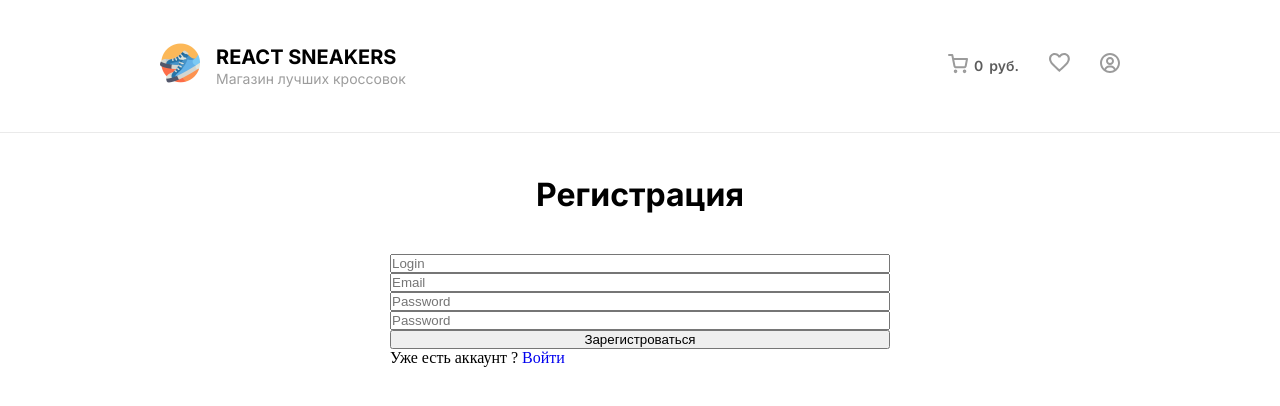
Repository: maxbirimkulov/sneakers20
Page: src/pages/register.html
An editor plug-in stored every save of this project. The page is shown before and after the next save, followed by the edit.
The browser window is 1280 px wide. The pictures show the whole page.
The style sheet was rebuilt from its Sass, Less or Tailwind sources for each picture, by a compiler version that may differ from the author's.

Above is the page before, as saved 2022-11-12 20:48:19.

### src/pages/register.html
<!DOCTYPE html>
<html lang="en">
  <head>
    <meta charset="UTF-8" />
    <meta
      name="viewport"
      content="width=device-width, user-scalable=no, initial-scale=1.0, maximum-scale=1.0, minimum-scale=1.0"
    />
    <meta http-equiv="X-UA-Compatible" content="ie=edge" />
    <title>Document</title>
    <link rel="stylesheet" href="../css/style.css" />
  </head>
  <body>
    <div class="floor">
      <header class="header">
        <div class="container">
          <nav class="header__nav">
            <div class="header__logo">
              <img
                src="../images/mainLogo.png"
                alt="Logo"
                class="header__logo-img"
              />
              <div class="header__logo-text">
                <h1 class="header__logo-title">
                  <a href="../../index.html" class="header__logo-title-link"
                    >react sneakers</a
                  >
                </h1>
                <p class="header__logo-subtitle">
                  <a href="../../index.html" class="header__logo-subtitle"
                    >Магазин лучших кроссовок</a
                  >
                </p>
              </div>
            </div>
            <div class="header__links">
              <p class="header__links-basket">
                <span class="header__links-basket-logo"
                  ><svg
                    width="20"
                    height="20"
                    viewBox="0 0 20 20"
                    fill="none"
                    xmlns="http://www.w3.org/2000/svg"
                  >
                    <path
                      d="M7.54548 18.1818C7.99735 18.1818 8.36366 17.8155 8.36366 17.3636C8.36366 16.9118 7.99735 16.5455 7.54548 16.5455C7.09361 16.5455 6.72729 16.9118 6.72729 17.3636C6.72729 17.8155 7.09361 18.1818 7.54548 18.1818Z"
                      stroke="#9B9B9B"
                      stroke-width="2"
                      stroke-linecap="round"
                      stroke-linejoin="round"
                    />
                    <path
                      d="M16.5455 18.1818C16.9973 18.1818 17.3637 17.8155 17.3637 17.3636C17.3637 16.9118 16.9973 16.5455 16.5455 16.5455C16.0936 16.5455 15.7273 16.9118 15.7273 17.3636C15.7273 17.8155 16.0936 18.1818 16.5455 18.1818Z"
                      stroke="#9B9B9B"
                      stroke-width="2"
                      stroke-linecap="round"
                      stroke-linejoin="round"
                    />
                    <path
                      d="M1 1H4.27273L6.46545 11.9555C6.54027 12.3321 6.7452 12.6705 7.04436 12.9113C7.34351 13.1522 7.71784 13.2801 8.10182 13.2727H16.0545C16.4385 13.2801 16.8129 13.1522 17.112 12.9113C17.4112 12.6705 17.6161 12.3321 17.6909 11.9555L19 5.09091H5.09091"
                      stroke="#9B9B9B"
                      stroke-width="2"
                      stroke-linecap="round"
                      stroke-linejoin="round"
                    />
                  </svg>
                </span>
                <span class="total">0</span> руб.
              </p>
              <a href="./favorites.html" class="header__links-favorites"
                ><span class="header__links-favorites-logo"
                  ><svg
                    width="21"
                    height="19"
                    viewBox="0 0 21 19"
                    fill="none"
                    xmlns="http://www.w3.org/2000/svg"
                  >
                    <path
                      d="M15.1003 0C16.7293 0 18.0976 0.54932 19.2052 1.64796C20.3129 2.7466 20.8668 4.08759 20.8668 5.67092C20.8668 6.44643 20.7039 7.23002 20.3781 8.02169C20.0523 8.81335 19.6939 9.51616 19.303 10.1301C18.912 10.744 18.2523 11.5357 17.3238 12.5051C16.3953 13.4745 15.6134 14.2581 14.9781 14.8559C14.3428 15.4537 13.3248 16.3665 11.9239 17.5944L10.4089 18.9515L8.89403 17.6429C7.52572 16.3827 6.51577 15.4537 5.8642 14.8559C5.21262 14.2581 4.42258 13.4745 3.49408 12.5051C2.56559 11.5357 1.90586 10.744 1.51492 10.1301C1.12397 9.51616 0.773748 8.81335 0.464249 8.02169C0.15475 7.23002 0 6.44643 0 5.67092C0 4.08759 0.553841 2.7466 1.66152 1.64796C2.7692 0.54932 4.12123 0 5.71759 0C7.60717 0 9.17095 0.727041 10.4089 2.18112C11.6469 0.727041 13.2107 0 15.1003 0ZM10.5067 16.0918C12.1031 14.6701 13.2677 13.6118 14.0008 12.9171C14.7338 12.2224 15.5401 11.3903 16.4198 10.4209C17.2994 9.45153 17.9102 8.60332 18.2523 7.87628C18.5944 7.14924 18.7654 6.41412 18.7654 5.67092C18.7654 4.63691 18.4152 3.78061 17.7148 3.10204C17.0143 2.42347 16.1428 2.08418 15.1003 2.08418C14.3184 2.08418 13.5772 2.31037 12.8768 2.76276C12.1764 3.21514 11.6795 3.79677 11.3863 4.50765H9.43158C9.17095 3.79677 8.69041 3.21514 7.98997 2.76276C7.28952 2.31037 6.53206 2.08418 5.71759 2.08418C4.67507 2.08418 3.81173 2.42347 3.12757 3.10204C2.44342 3.78061 2.10134 4.63691 2.10134 5.67092C2.10134 6.41412 2.26423 7.14924 2.59002 7.87628C2.91581 8.60332 3.52666 9.45153 4.42258 10.4209C5.3185 11.3903 6.13297 12.2224 6.866 12.9171C7.59902 13.6118 8.74743 14.6701 10.3112 16.0918L10.4089 16.1888L10.5067 16.0918Z"
                      fill="#9B9B9B"
                    />
                  </svg> </span
              ></a>
              <a href="./register.html" class="header__links-user"
                ><span class="header__links-user-logo"
                  ><svg
                    width="20"
                    height="20"
                    viewBox="0 0 20 20"
                    fill="none"
                    xmlns="http://www.w3.org/2000/svg"
                  >
                    <path
                      fill-rule="evenodd"
                      clip-rule="evenodd"
                      d="M0 10C0 4.579 4.579 0 10 0C15.421 0 20 4.579 20 10C20 13.19 18.408 16.078 16 17.924V18H15.898C14.23 19.245 12.187 20 10 20C7.813 20 5.77 19.245 4.102 18H4V17.924C1.592 16.078 0 13.189 0 10ZM7.12347 15.236C6.59154 15.6639 6.22136 16.2604 6.074 16.927C7.242 17.604 8.584 18 10 18C11.416 18 12.758 17.604 13.926 16.927C13.7785 16.2605 13.4082 15.6641 12.8764 15.2362C12.3445 14.8083 11.6827 14.5744 11 14.573H9C8.3173 14.5742 7.6554 14.808 7.12347 15.236ZM13.7677 13.4117C14.5877 13.9574 15.2286 14.7329 15.61 15.641C17.077 14.182 18 12.176 18 10C18 5.663 14.337 2 10 2C5.663 2 2 5.663 2 10C2 12.176 2.923 14.182 4.39 15.641C4.77144 14.7329 5.41227 13.9574 6.23227 13.4117C7.05227 12.866 8.01501 12.5742 9 12.573H11C11.985 12.5742 12.9477 12.866 13.7677 13.4117ZM6 8C6 5.72 7.72 4 10 4C12.28 4 14 5.72 14 8C14 10.28 12.28 12 10 12C7.72 12 6 10.28 6 8ZM8 8C8 9.178 8.822 10 10 10C11.178 10 12 9.178 12 8C12 6.822 11.178 6 10 6C8.822 6 8 6.822 8 8Z"
                      fill="#9B9B9B"
                    />
                  </svg> </span
              ></a>
            </div>
          </nav>
        </div>
      </header>
      <div class="container">
        <div class="register">
          <h2 class="register__title">Регистрация</h2>
          <form class="register__form">
            <input class="register__input" type="text" placeholder="Login" />
            <input class="register__input" type="email" placeholder="Email" />
            <input
              class="register__input"
              type="password"
              placeholder="Password"
            />
            <input
              class="register__input"
              type="password"
              placeholder="Password"
            />
            <button type="submit" class="register__btn">
              Зарегистроваться
            </button>
            <span>Уже есть аккаунт ? <a href="./login.html">Войти</a></span>
          </form>
        </div>
      </div>
    </div>
    <script type="module" src="../js/register.js"></script>
  </body>
</html>

### src/js/register.js
import {changeUser, getUserFromLocalStorage} from './user.js'

getUserFromLocalStorage()


let formRegister = document.querySelector('.register')
formRegister.addEventListener('submit', (e) =>{
    e.preventDefault()

    let userData = {
        login:e.target[0].value,
        email:e.target[1].value,
        password:e.target[2].value
    }

    fetch('http://localhost:8080/register', {
        method: "POST",
        headers: {
            'Content-Type':  'application/json'
        },
        body: JSON.stringify(userData)
    }).then((res) => res.json())
        .then((res) => {
            changeUser({
                ...res.user,
                token: res.accessToken
            })
        })
        .catch((err) => console.log(err))

})

### src/js/user.js



export let user = {
    login : "",
    email : ""
}

export const getUserFromLocalStorage = () => {
    if (localStorage.getItem('user') !== null){
        user = JSON.parse(localStorage.getItem('user'))
    }
}


export const changeUser = (data) => {
    user = {...data}
    localStorage.setItem('user', JSON.stringify(user))
    location.href = 'http://localhost:63342/new%20project/index.html'
}

### src/css/style.scss
@import url('https://fonts.googleapis.com/css2?family=DM+Sans:wght@700&family=Inter:wght@400;500;600;700&display=swap');

* {
  margin: 0;
  padding: 0;
  box-sizing: border-box;
  text-decoration: none;
  list-style-type: none;
  transition: 0.3s;
}
.container {
  max-width: 1050px;
  padding: 0 45px;
  margin: 0 auto;
}
$int: 'inter', sans-serif;

@mixin text($ff, $fs, $fw, $fz, $lh, $col) {
  font-family: $ff;
  font-style: $fs;
  font-weight: $fw;
  font-size: $fz;
  @if $lh > 0 {
    line-height: $lh;
  }
  color: $col;
}
body,
.floor {
  background-color: #fff;
}
@import '_header.scss';
@import '_main.scss';
@import '_assort.scss';
@import '_basketPopup.scss';
@import '_card.scss';
@import '_basket.scss';
@import '_favorites.scss';
@import '_basketNone.scss';
@import '_register';

### src/css/_header.scss
.header {
  padding: 43px 0 45px;
  &__nav {
    display: flex;
    justify-content: space-between;
    align-items: center;
  }
  &__logo {
    display: flex;
    &-img {
      width: 40px;
      height: 40px;
    }
    &-text {
      margin-left: 16px;
    }
    &-title {
      &-link {
        @include text($int, normal, 700px, 20px, 0, #000000);
        text-transform: uppercase;
      }
    }
    &-subtitle {
      @include text($int, normal, 400, 14px, 0, #9d9d9d);
    }
  }
  &__links {
    display: flex;
    &-basket {
      display: flex;
      gap: 6px;
      align-items: center;
      @include text($int, normal, 600, 14px, 0, #5c5c5c);
      margin-left: 10px;
      cursor: pointer;
    }
    &-favorites {
      margin: 0 30px;
    }
  }
  border-bottom: 1px solid #eaeaea;
}

### src/css/_main.scss
.swiper {
  width: 100%;
  height: 100%;
}

.swiper-slide {
  display: -webkit-box;
  display: -ms-flexbox;
  display: -webkit-flex;
  display: flex;
  -webkit-box-pack: center;
  -ms-flex-pack: center;
  -webkit-justify-content: center;
  justify-content: center;
  -webkit-box-align: center;
  -ms-flex-align: center;
  -webkit-align-items: center;
  align-items: center;
}

.swiper__icon{
  &-next{
    background-color: white;
    border-radius: 50%;
    cursor: pointer;
    position: absolute;
    right: 0;
    top: 50%;
    transform: translateY(-50%),;
    z-index: 2;
    padding: 8px 14px;
    display: flex;
    justify-content: center;
    align-items: center;
    transition: 0.2s;
    -webkit-box-shadow: 0px 0px 11px 5px rgba(0, 0, 0, 0.01);
    -moz-box-shadow: 0px 0px 11px 5px rgba(0, 0, 0, 0.01);
    box-shadow: 0px 0px 11px 5px rgba(0, 0, 0, 0.01);
    &:hover{
      transition: 0.2s;
      -webkit-box-shadow: 0px 0px 11px 5px rgba(0, 0, 0, 0.07);
      -moz-box-shadow: 0px 0px 11px 5px rgba(0, 0, 0, 0.07);
      box-shadow: 0px 0px 11px 5px rgba(0, 0, 0, 0.07);
    }
  }
  &-prev{
    background-color: white;
    border-radius: 50%;
    position: absolute;
    left: 0;
    top: 50%;
    cursor: pointer;
    transform:translateY(-50%) rotate(180deg);
    z-index: 2;
    padding: 8px 14px;
    display: flex;
    justify-content: center;
    align-items: center;
    transition: 0.2s;
    -webkit-box-shadow: 0px 0px 11px 5px rgba(0, 0, 0, 0.01);
    -moz-box-shadow: 0px 0px 11px 5px rgba(0, 0, 0, 0.01);
    box-shadow: 0px 0px 11px 5px rgba(0, 0, 0, 0.01);
    &:hover{
      transition: 0.2s;
      -webkit-box-shadow: 0px 0px 11px 5px rgba(0, 0, 0, 0.07);
      -moz-box-shadow: 0px 0px 11px 5px rgba(0, 0, 0, 0.07);
      box-shadow: 0px 0px 11px 5px rgba(0, 0, 0, 0.07);
    }
  }
}

.main{
  &__swipe{
    &-block{
      background-color: #F4EFE9;
      border-radius: 20px;
      max-height: 300px;
      display: flex;
      align-items: center;
      justify-content: space-between;
      width: 100%;
    }
    &-box{
      position: relative;
      padding: 16px 0 20px 51px;
      min-height: 300px;
      &-scn{
        margin: 0;
        padding: 0;
        max-width: 641.18px;
      }
      &-desc{
        @include text($int,normal,700,38px,46px,#8BB43C);
        margin: 32px 17.45px 10.45px 35px;
        &-black{
          color: black;
        }
      }
      &-btn{
        position: absolute;
        padding: 14px 60px;
        border-radius: 110px;
        @include text($int,normal,700px,16px, 0, white);
        text-transform: uppercase;
        background-color: #A5D364;
        bottom: 45px;
        left: 27%;
        transform: translate(-50%, -50);
        transition: 0.2s;
        &:hover{
          transition: 0.2s;
          transform: scale(1.1);
        }
      }
      &-img{
        width: 100%;
      }
    }
  }
}

### src/css/_assort.scss
.main__assort {
  &-topContent {
    display: flex;
    flex-wrap: wrap;
    justify-content: space-between;
    padding: 37px 0 36px;
    width: 100%;
  }
  &-filter {
    display: flex;
    justify-content: space-between;
    align-items: center;
    gap: 10px;
  }
  &-select {
    background: transparent;
    border: 1px solid #bdbdbd;
    border-radius: 8px;
    padding: 0 10px;
    height: 40px;
  }
  &-form {
    margin: 15px 0 0;
    display: flex;
    align-items: center;
    position: relative;
    &-input {
      border-radius: 10px;
      border: 1px solid #bdbdbd;
      outline: none;
      padding: 13px 40px 15px 46px;
      max-width: 250px;
      &::-webkit-input-placeholder {
        color: #c4c4c4;
      }
      &::-moz-placeholder {
        color: #c4c4c4;
      }
      &:-ms-input-placeholder {
        color: #c4c4c4;
      }
      &::-ms-input-placeholder {
        color: #c4c4c4;
      }
      &::placeholder {
        color: #c4c4c4;
      }
      &::-webkit-search-cancel-button {
        position: absolute;
        right: 18px;
        cursor: pointer;
        color: #5c5c5c;
      }
    }
    &-icon {
      position: absolute;
      left: 18px;
      top: 50%;
      transform: translateY(-50%);
    }
  }
  &-title {
    @include text($int, normal, 700, 32px, 0, black);
  }
  &-mainContent {
    min-height: 700px;
    position: relative;
    display: flex;
    justify-content: center;
    align-items: center;
    flex-wrap: wrap;
    gap: 40px;
    &-shoes {
      border: 1px solid #bdbdbd;
      border-radius: 40px;
      padding: 20px 29px 34px 30px;
      max-width: 210px;
    }
    &-favorites {
      display: inline-block;
      position: absolute;
      border: 1px solid #f8f8f8;
      border-radius: 7px;
      padding: 9.6px 9.07px 3.59px;
      cursor: pointer;
      &:hover {
        transform: scale(1.13);
        background-color: rgba(253, 239, 239, 0.87);
        transition: 0.2s;
      }
      &-active {
        display: none;
        position: absolute;
        background-color: #fef0f0;
        border: 1px solid transparent;
        border-radius: 7px;
        padding: 9.6px 9.07px 3.59px;
        cursor: pointer;
      }
    }
    &-product {
      &-desc {
        @include text($int, normal, 400, 14px, 17px, black);
      }
      &-pricesDesc {
        margin-top: 14px;
        display: flex;
        justify-content: space-between;
        align-items: center;
        &-price {
          @include text($int, normal, 500, 11px, 13px, #bdbdbd);
          text-transform: uppercase;
        }
        &-cost {
          @include text($int, normal, 700, 14px, 17px, black);
        }
        &-addBask {
          cursor: pointer;
          display: inline-block;
          padding: 5.33px 8.33px;
          border: 1px solid #f2f2f2;
          border-radius: 8px;
          transition: 0.2s;
          &:hover {
            transform: scale(1.13);
            background-color: rgba(253, 239, 239, 0.87);
            transition: 0.2s;
          }
          &-active {
            cursor: pointer;
            max-height: 32px;
            max-width: 32px;
            padding: 5.33px 8.33px;
            border: 1px solid white;
            border-radius: 8px;
            background: linear-gradient(180deg, #89f09c 0%, #3cc755 100%);
            transition: 0.2s;
            &:hover {
              transform: scale(1.13);
              transition: 0.2s;
            }
          }
        }
      }
    }
  }
}

### src/css/_basketPopup.scss
.basket {
  transform: translateX(100%);
  background: rgba(0, 00, 000, 0.4);
  height: 100vh;
  width: 100vw;
  z-index: 100;
  position: fixed;
  left: 0;
  top: 0;
  bottom: 0;
  &__cards {
    margin-top: 20px;
    max-height: 400px;
    overflow-y:  scroll;
    display: flex;
    gap: 20px;
    flex-wrap: wrap;
  }

  &__card {
    position: relative;  width: 100%;  height: 120px;  padding: 0 30px;    background: #FFFFFF;  border: 1px solid #F3F3F3;  border-radius: 20px;  &:hover {
    box-shadow: 0px 14px 30px 0px rgba(0, 0, 0, 0.05);  }
    &-img {
      position: absolute;    left: 20px;    top: 50%;    transform: translateY(-50%);    max-width: 80px;  }
    &__name {
      position: absolute;    width: 133px;    height: 36px;    overflow: hidden;    left: 120px;    top: 30px;    font-family: 'Inter', sans-serif;    font-style: normal;    font-weight: 400;    font-size: 14px;    line-height: 17px;    color: #000000;  }
    &__sum {
      position: absolute;    left: 120px;    bottom: 30px;    font-family: 'Inter', sans-serif;    font-style: normal;    font-weight: 700;    font-size: 14px;color: #000000;  }
    &__X {
      position: absolute;    right: 20px;    top: 50%;    transform: translateY(-50%);    max-width: 70px;    cursor: pointer;  }
  }
  &.show {
    transform: translateX(0%);
  }
  &__content {
    display: flex;
    flex-direction: column;
    justify-content: space-between;
    background: #fff;
    position: fixed;
    padding: 30px;
    height: 100vh;
    width: 385px;
    top: 0;
    right: 0;
  }
  &__title {
    @include text($int, normal, 700, 24px, 29px, #000000);
  }
  &__text {
    display: flex;
    justify-content: space-between;
    margin-bottom: 19px;
    &:last-of-type {
      margin-bottom: 24px;
    }
    &-desc {
      @include text($int, normal, 400, 16px, 19px, #000000);
    }
    &-sum {
      @include text($int, normal, 600, 16px, 19px, #000000);
    }
  }
  &__btn {
    @include text($int, normal, 600, 16px, 19px, #fff);
    padding: 12px 0;
    background: #9dd558;
    border-radius: 18px;
    border: 1px solid #9dd558;
    width: 100%;
  }
}

.name {
  font-size: 30px;
  color: red;
  text-align: center;
}

### src/css/_card.scss
.info {
  background: antiquewhite;
  padding: 40px 0;
  &__block {
    display: flex;
    flex-wrap: wrap;
    -moz-column-gap: 40px;
         column-gap: 40px;
    row-gap: 40px;
  }
  &__card {
    width: calc(25% - 30px);
    background: #ffffff;
    border: 1px solid #f3f3f3;
    border-radius: 40px;
    padding: 20px 40px;
    cursor: pointer;
    transition: 0.2s;
    &:hover {
      background: #ffffff;
      border: 1px solid #f8f8f8;
      box-shadow: 0 14px 30px rgba(0, 0, 0, 0.05);
      border-radius: 40px;
      transition: 0.2s;
      transform: scale(1.05);
    }
  }
  &__desc {
    @include text($int, normal, 400, 14px, 17px, #000);
    margin: 14px 0;
  }
  &__bottom {
    display: flex;
    justify-content: space-between;
  }
  &__sel {
    @include text($int, normal, 500, 11px, 13px, #bdbdbd);
    text-transform: uppercase;
  }
  &__sum {
    @include text($int, normal, 700, 14px, 17px, #000);
  }
}

### src/css/_basket.scss
.basket__main{
  &-topContent{
    padding: 42px 0 40px;
    &-nav{
      display: flex;
      align-items: center;
      gap: 21px;
    }
    &-title{
      @include text($int, normal, 700, 32px, 0, black)
    }
    &-link{
      padding: 8px 14px;
      max-width: 35px;
      max-height: 35px;
      display: flex;
      justify-content: center;
      align-items: center;
      border: 1px solid #F2F2F2;
      border-radius: 8px;
    }
  }
  &-mainContent{
    &-assort{
      display: flex;
      flex-wrap: wrap;
      gap: 40px;
    }
  }
}

### src/css/_favorites.scss
.main__assort-mainContent-favorites{
  &-off{
    display: none;
  }
  &-on{
    display: inline-block;
  }
}

### src/css/_basketNone.scss
.basketNone__main {
  display: flex;
  justify-content: center;
  align-items: center;
  padding: 240px 0;
  &-none {
    display: flex;
    flex-wrap: wrap;
    justify-content: center;
    align-items: center;
    max-width: 280px;
    &-text{
      text-align: center;
    }
    &-title {
      margin-top: 24px;
      text-align: center;
      @include text($int, normal, 600, 24px, 0, black);
    }

    &-desc {
      text-align: center;
      margin: 11px 0 41px;
      @include text($int, normal, 400, 16px, 24px, black);
    }

    &-link {
      padding: 17px 40px 19px;
      background-color: #9DD458;
      border-radius: 18px;
      @include text($int, normal, 400, 16px, 0, white);

      &-icon {
        margin-right: 17px;

      }
    }
  }
}

### src/css/_register.scss
.register {
  &__title {
    @include text($int, normal, 700, 32px, 0, black);
    margin: 42px auto 40px;
    text-align: center;
  }
  &__form {
    margin: 0 auto;
    display: flex;
    flex-direction: column;
    justify-content: center;
    max-width: 500px;
  }
}

After the next save:
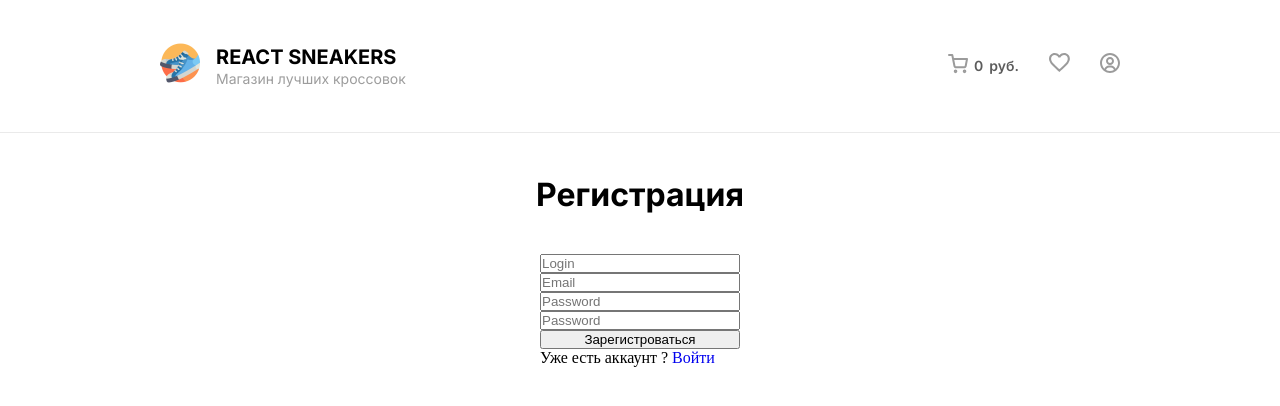
Saved 4 s later.
--- a/src/css/_register.scss
+++ b/src/css/_register.scss
@@ -9,6 +9,6 @@
     display: flex;
     flex-direction: column;
     justify-content: center;
-    max-width: 500px;
+    max-width: 200px;
   }
 }
